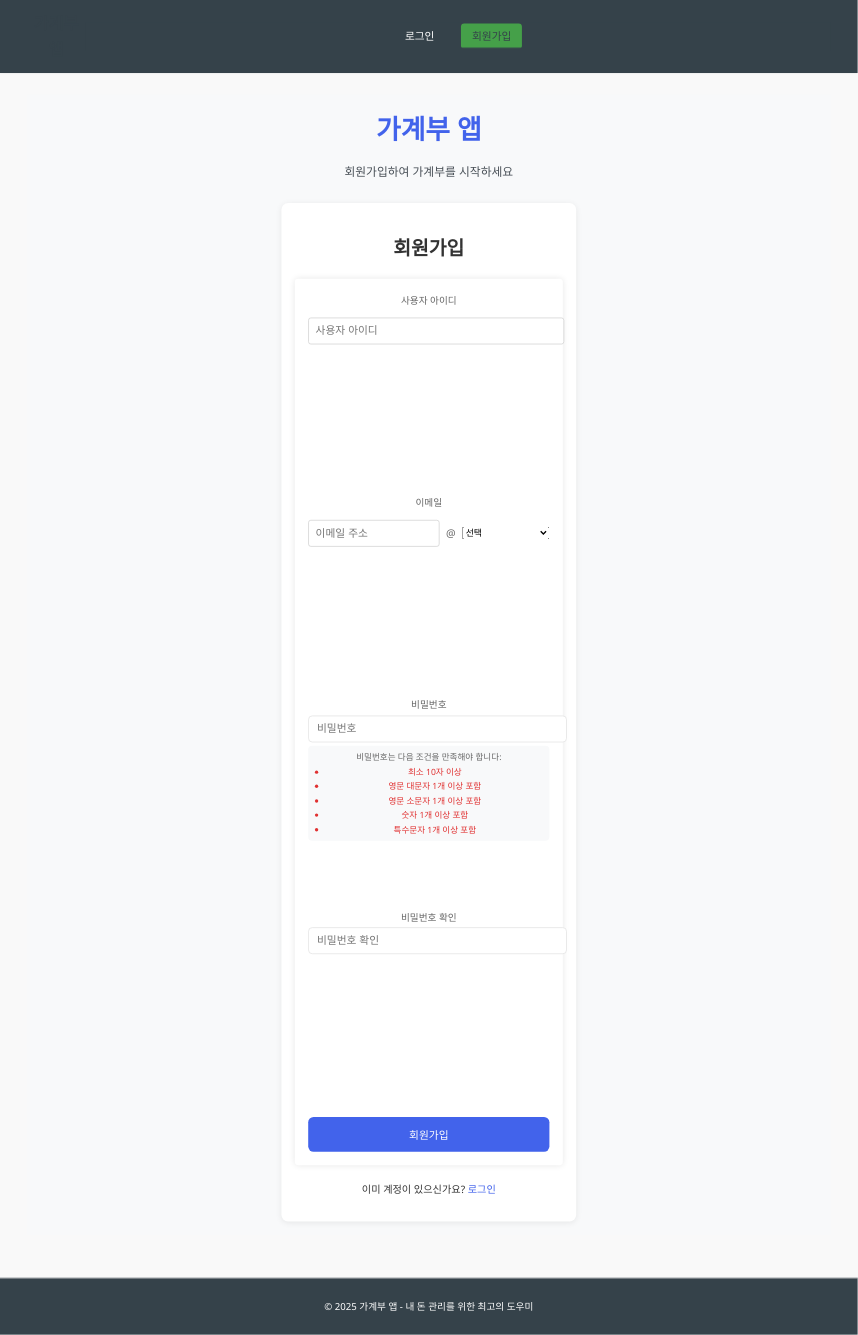
Repository: dldnwls07/Register_Login_Form
Page: /register
An editor plug-in stored every save of this project. The page is shown before and after the next save, followed by the edit.
The browser window is 1280 px wide. The pictures show the whole page, at 67% of full size.
The project was rebuilt for these pictures with package versions that can differ from the ones it lists, and the page was loaded fresh each time. Also part of the build but not shown: src/components/Summary.jsx, src/styles/pages/MainPage.css, src/pages/MainPage.jsx, src/utils/categoryData.js, src/components/CategorySelector.jsx, src/components/EntryForm.jsx, src/components/EntryTable.jsx, src/components/SearchBar.jsx and 15 more.

Above is the page before, as saved 2025-05-23 14:12:51.

After the next save:
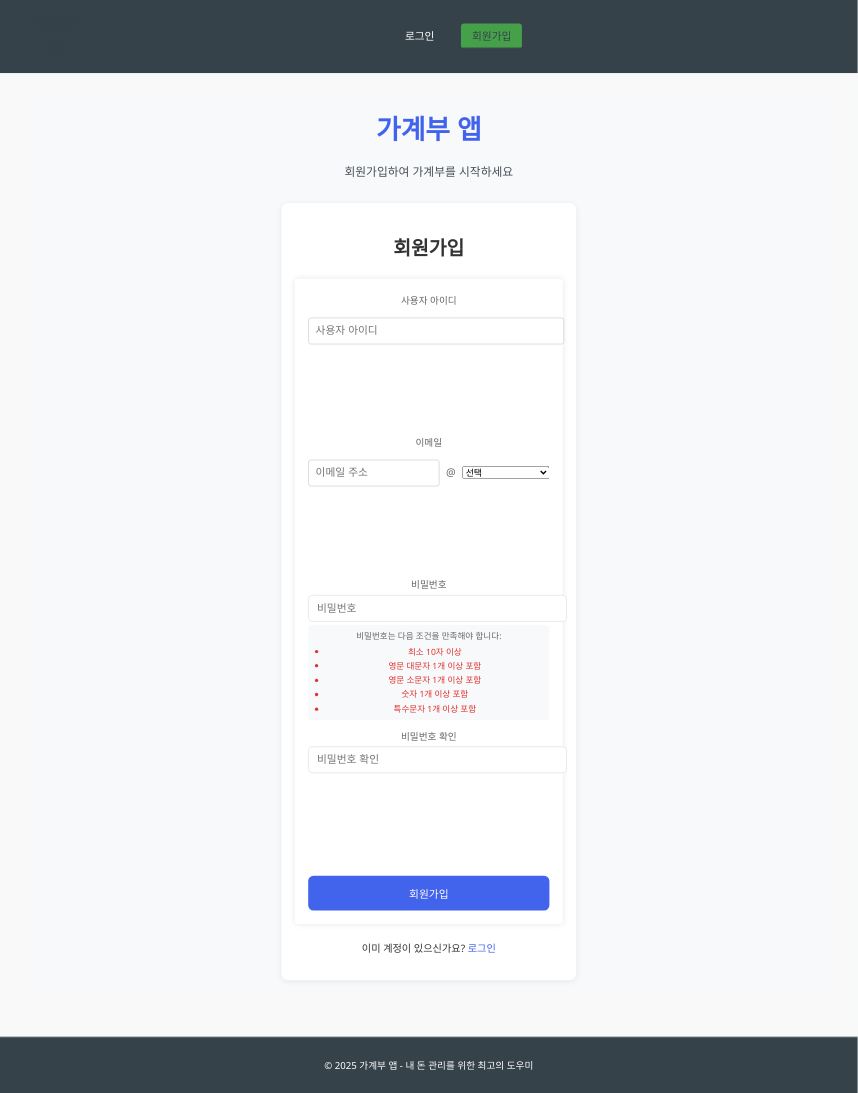
Saved 10 s later.
--- a/src/styles/components/AuthForm.css
+++ b/src/styles/components/AuthForm.css
@@ -20,7 +20,7 @@
 .auth-form {
   display: flex;
   flex-direction: column;
-  gap: 100px;
+  gap: 10px;
 }
 
 .form-group {
